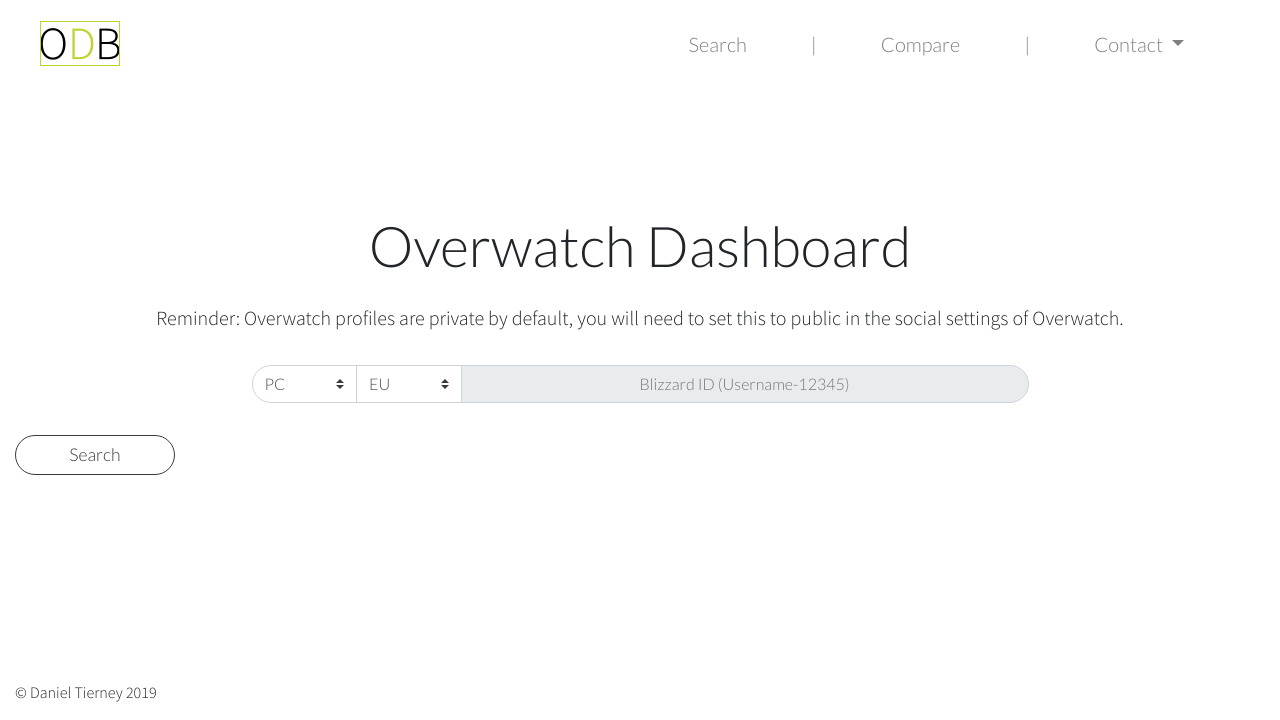
Repository: Cobonkoi/overwatch-dashboard
Page: index.html
The author's editor kept a record of every edit. The page is drawn from the files as they stood at one moment, then again after the next edit.
The browser window is 1280 px wide. The pictures show the whole page.

Above is the page before.

After the next edit:
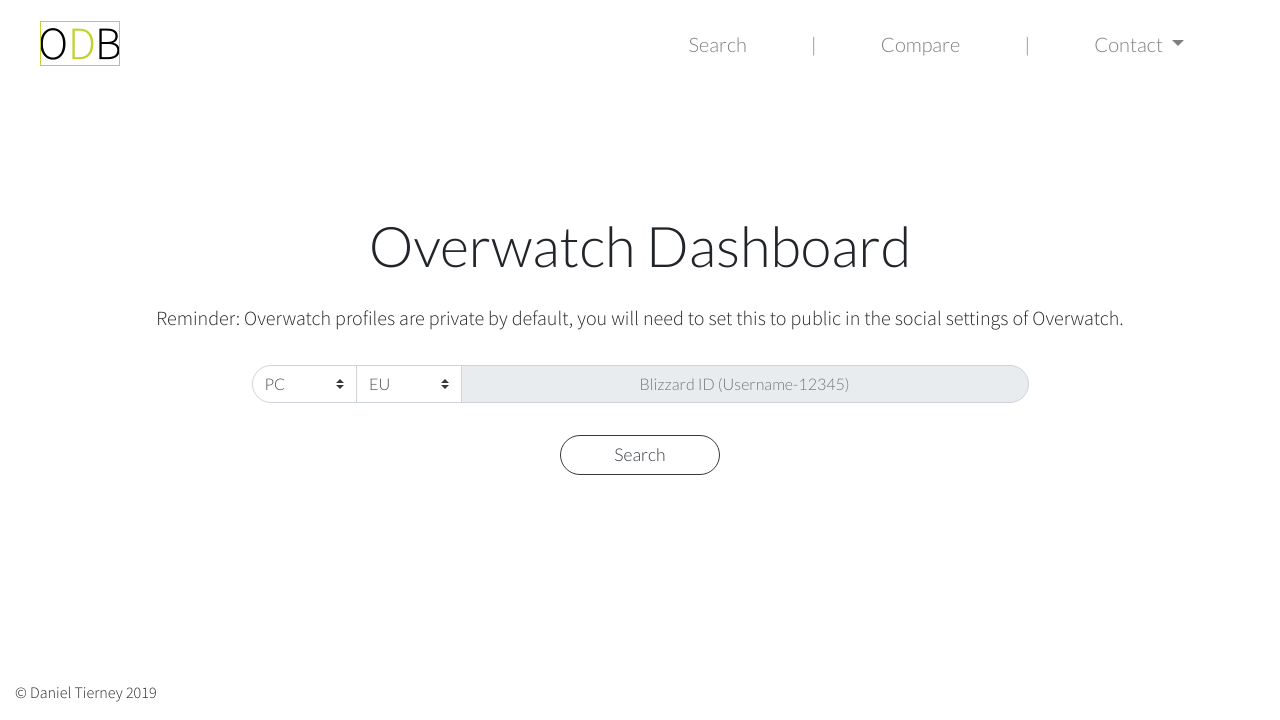
The edit:
--- a/index.html
+++ b/index.html
@@ -88,7 +88,7 @@
     <div class="container-fluid text-center before-footer d-none d-sm-block">
         <div class="row">
             <div class="col-12 mb-5">
-                <button type="submit" class="btn btn-outline-dark btn-rounded btn--search d-none d-sm-block" form="search-form">Search</button>
+                <button type="submit" class="btn btn-outline-dark btn-rounded btn--search" form="search-form">Search</button>
             </div>
         </div>
     </div>
